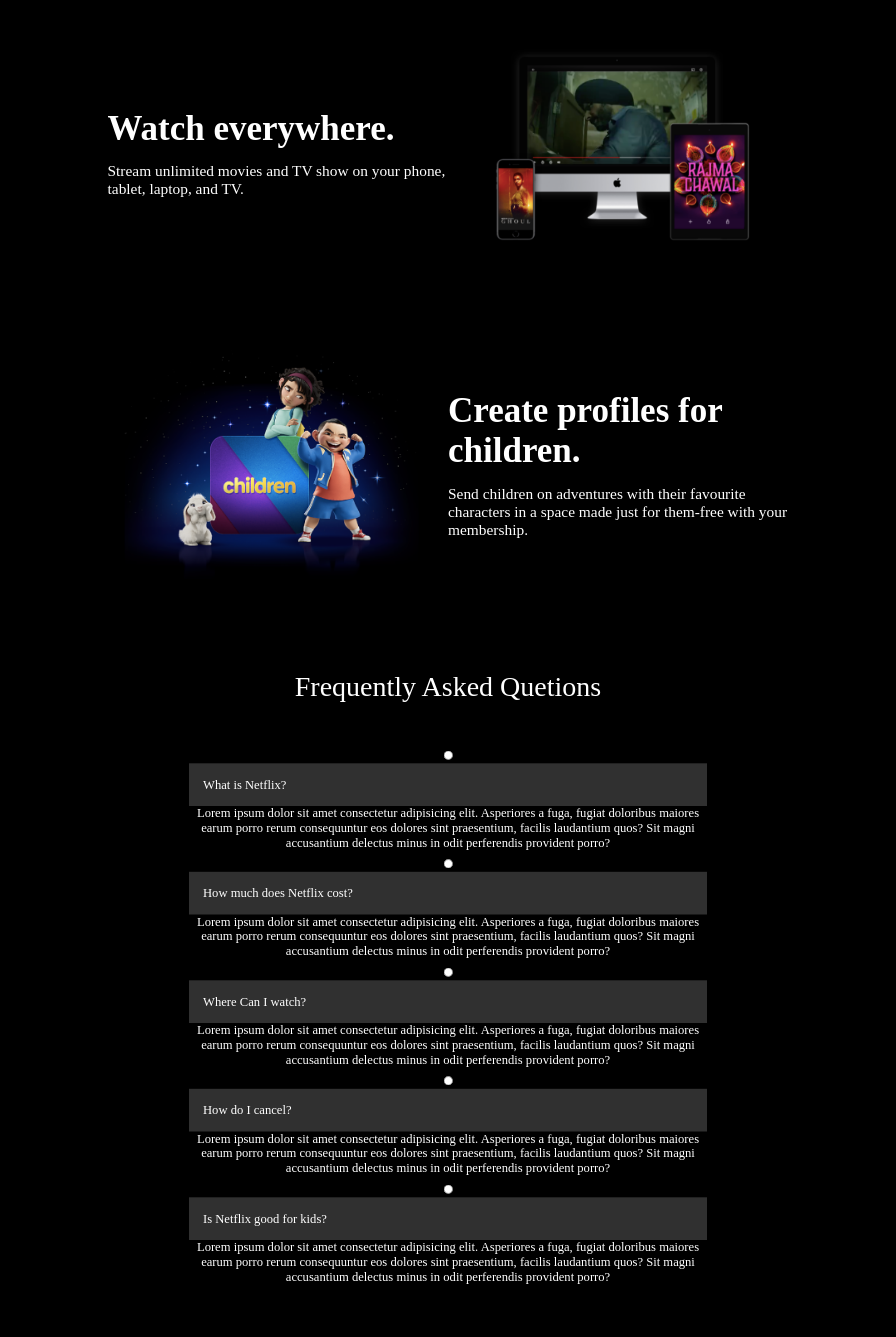
Repository: kiranjeetkaur01/netflixclone.github.io
Page: index.html
These files come from the project's save history. The page is drawn as it stood at one moment and after a run of saves; the edit follows.
The browser window is 1280 px wide. The pictures show the part of the page from y = 1658 to 3578 px (the page is 3568 px tall before and 3578 px after), at 70% of full size.

Above is the page before, as saved 2023-09-11 18:19:51.

### index.html
<!DOCTYPE html>
<html lang="en">
<head>
    <meta charset="UTF-8">
    <meta name="viewport" content="width=device-width, initial-scale=1.0">
    <title>Netflix Clone</title>
    <link rel="stylesheet" href="style.css">
</head>
<body>
   <div class="header">
<nav>
    <img src="./logo.png" alt="" class="logo">
    <div>
        <button class="language-btn">English <img src="./down-icon.png" alt=""></button>
        <button>Sign In</button>
    </div>
</nav>
<div class="header-content">
    <h1>Laughter. &nbsp;Tears.&nbsp; Thrills.&nbsp; Find it all on <br>Netflix.</h1>
    <h3>Watch anywhere. Cancel anytime.</h3>
    <p>Ready to watch? Enter your email to create or restart your membership.</p>
    <form class="email-signup">
        <input type="email" placeholder="Email address" required>
        <button type="submit">Get Started</button>
    </form>

</div>
   </div>
   <div class="features">
    <div class="row">
        <div class="text-col">
            <h2>Enjoy on your TV</h2>
            <P>Watch on smart TVs,PlayStation,Xbox,Chromecast,Apple TV,blu-ray players and more.</P>
        </div>
        <div class="img-col">
            <img src="./feature-1.png" alt="">
        </div>
    </div>
    <div class="row">
        <div class="img-col">
            <img src="./feature-2.png" alt="">
        </div>
        <div class="text-col">
            <h2>Download your shows to watch offline.</h2>
            <P>Save your favourites easily and always have something to watch.</P>
        </div>

    </div>
    <div class="row">
        <div class="text-col">
            <h2>Watch everywhere.</h2>
            <P>Stream unlimited movies and TV show on your phone, tablet, laptop, and TV.</P>
        </div>
        <div class="img-col">
            <img src="./feature-3.png" alt="">
        </div>
    </div>
    <div class="row">
        <div class="img-col">
            <img src="./feature-4.png" alt="">
        </div>
        <div class="text-col">
            <h2>Create profiles for children.</h2>
            <P>Send children on adventures with their favourite characters in a space made just for them-free with your membership.</P>
        </div>

    </div>
   </div>
   <div class="faq">
    <h2>Frequently Asked Quetions</h2>
    <ul class="accordion">
<li>
    <input type="radio" name="accordion" id="first">
    <label for="first">What is Netflix?</label>
    <div class="content">
        <p>Lorem ipsum dolor sit amet consectetur adipisicing elit. Asperiores a fuga, fugiat doloribus maiores earum porro rerum consequuntur eos dolores sint praesentium, facilis laudantium quos? Sit magni accusantium delectus minus in odit perferendis provident porro?</p>
    </div>
</li>
<li>
    <input type="radio" name="accordion" id="second">
    <label for="second">How much does Netflix cost?</label>
    <div class="content">
        <p>Lorem ipsum dolor sit amet consectetur adipisicing elit. Asperiores a fuga, fugiat doloribus maiores earum porro rerum consequuntur eos dolores sint praesentium, facilis laudantium quos? Sit magni accusantium delectus minus in odit perferendis provident porro?</p>
    </div>
</li>
<li>
    <input type="radio" name="accordion" id="third">
    <label for="third">Where Can I watch?</label>
    <div class="content">
        <p>Lorem ipsum dolor sit amet consectetur adipisicing elit. Asperiores a fuga, fugiat doloribus maiores earum porro rerum consequuntur eos dolores sint praesentium, facilis laudantium quos? Sit magni accusantium delectus minus in odit perferendis provident porro?</p>
    </div>
</li>
<li>
    <input type="radio" name="accordion" id="fourth">
    <label for="fourth">How do I cancel?</label>
    <div class="content">
        <p>Lorem ipsum dolor sit amet consectetur adipisicing elit. Asperiores a fuga, fugiat doloribus maiores earum porro rerum consequuntur eos dolores sint praesentium, facilis laudantium quos? Sit magni accusantium delectus minus in odit perferendis provident porro?</p>
    </div>
</li>
<li>
    <input type="radio" name="accordion" id="sixth">
    <label for="sixth">Is Netflix good for kids?</label>
    <div class="content">
        <p>Lorem ipsum dolor sit amet consectetur adipisicing elit. Asperiores a fuga, fugiat doloribus maiores earum porro rerum consequuntur eos dolores sint praesentium, facilis laudantium quos? Sit magni accusantium delectus minus in odit perferendis provident porro?</p>
    </div>
</li>



    </ul>
   </div>
</body>
</html>

### style.css
*{
    margin: 0;
    padding: 0;
    box-sizing: border-box;
    font-family: gilroy;
}
html,body{
    height: 100%;
    width: 100%;
}
body{
    background: #000;
    color: #fff;
}
.header{
    width: 100%;
    height: 100vh;
    background-image: linear-gradient(rgba(0,0,0,0.7),rgba(0,0,0,0.7)),url(./bg.jpg);
    background-size: cover;
    background-position: center;
    padding: 10px 8%;
    position: relative;
}
nav{
    display: flex;
    align-items: center;
    justify-content: space-between;
    padding: 10px 0;
}
.logo{
    width: 140px;
    cursor: pointer;
}
nav button{
    border: 0;
    outline: 0;
    background: #db0001;
    color: #fff;
    padding: 7px 20px;
    font-size: 12px;
    border-radius: 4px;
    margin-left: 10px;
    cursor: pointer;
}
.language-btn{
    display: inline-flex;
    align-items: center;
    background: transparent;
    border: 1px solid #fff;
    padding: 7px 10px;
}
.language-btn img{
    width: 10px;
    margin-left: 10px;
}

.header-content{
    position: absolute;
    top: 50%;
    left: 50%;
    transform: translate(-50%,-50%);
    text-align: center;
    margin-top: 60px;
}
.header-content h1{
    font-size: 35px;
    line-height: 40px;
    font-weight: 600;
    letter-spacing: 1px;
    max-width: 680px;
}
.header-content h3{
    font-weight: 400;
    margin-bottom: 20px;
}
.email-signup{
    background: #fff;
    border-radius: 4px;
display: flex;
align-items: center;
margin-top: 30px;
overflow: hidden;
}
.email-signup input{
    flex: 1;
    border: 0;
    outline: 0;
    margin-left: 20px;
}
.email-signup button{
    background: #db0001;
    border: 0;
    outline: 0;
    color: #fff;
    font-size: 16px;
    cursor: pointer;
    padding: 15px 30px;
}
/* --------features---------- */
.features{
    padding: 50px 12%;
    font-size: 22px;
}
.row{
    display: flex;
    width: 100%;
    align-items: center;
    flex-wrap: wrap;
    padding: 50px 0;
}
.text-col{
    flex-basis: 50%;
    margin-bottom: 20px;
}
.img-col{
    flex-basis: 50%;
    margin-bottom: 20px;
}
.img-col img{
    display: block;
    width: 90%;
    margin: auto;

}
.features h2{
    font-size: 50px;
    font-weight: 600;
    margin-bottom: 20px;
}
/* ----------------FAQ------------- */
.faq{
    padding: 10px 12%;
    text-align: center;
    font-size: 18px;
}
.faq h2{
    font-weight: 500;
    font-size: 40px;
}
.accordion{
    margin: 60px auto;
    width: 100%;
    max-width: 750px;
}
.accordion li{
    list-style: none;
    width: 100%;
    padding: 5px;
}
.accordion li label{
    display: flex;
    align-items: center;
    padding: 20px;
    font-size: 18px;
    font-weight: 500;
    background: #303030;
    margin-bottom: ;
}

After the next 2 saves:
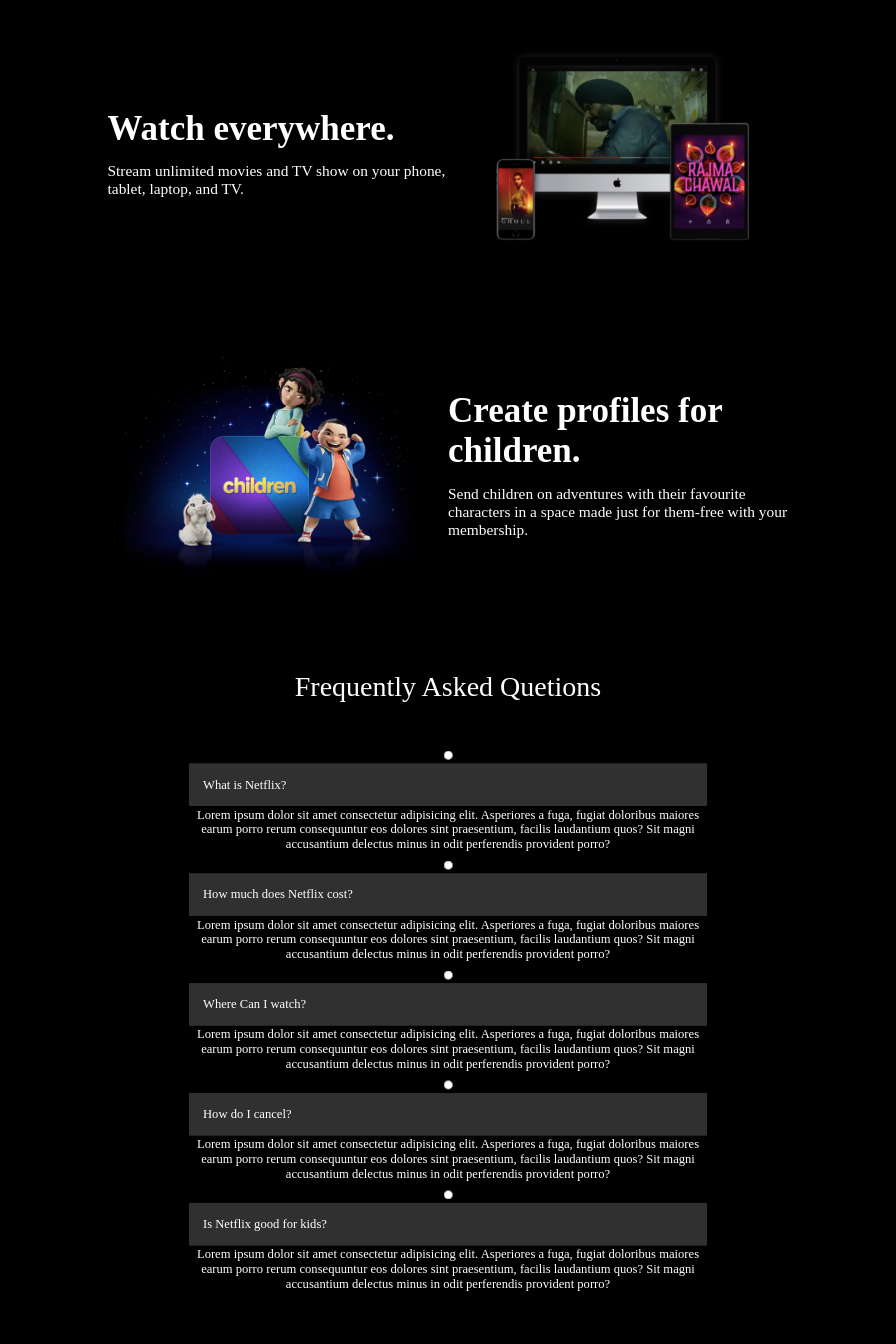
The 2 saves are shown as one change because they came seconds apart.
The last was saved 6 s later.
--- a/style.css
+++ b/style.css
@@ -154,5 +154,6 @@
     font-size: 18px;
     font-weight: 500;
     background: #303030;
-    margin-bottom: ;
+    margin-bottom: 2px;
+    curso
 }
